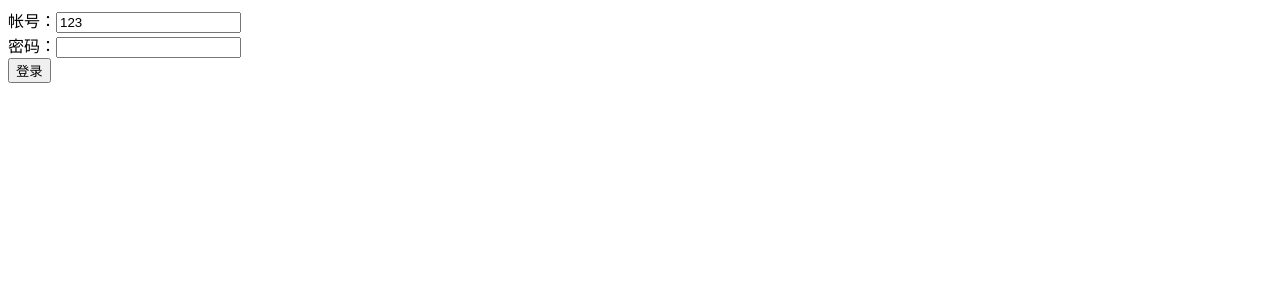
Repository: MuzDing/Muz_Data
Page: http://localhost/javeEe/default.jsp
The author's editor kept a copy of each file at every save. The page is drawn from the files as they stood at one save, then again after the next save.
The browser window is 1280 px wide. The pictures show the whole page.
The page is served by Tomcat 9.

Above is the page before, as saved 2017-09-18 03:01:09.

After the next save:
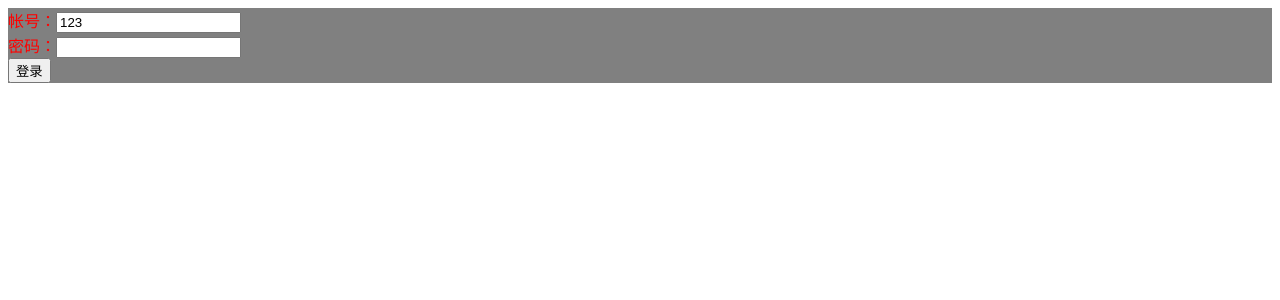
Saved 2 min 13 s later.
--- a/java-workspace/javeEe/WebContent/default.jsp
+++ b/java-workspace/javeEe/WebContent/default.jsp
@@ -24,6 +24,8 @@ $(function() {
 	strUserPWD = $("#txtUserPWD").val;
 	alert(strUserID);
 	alert(strUserPWD);
+
+	$("div").css({color:"red",backgroundColor:"gray"});
 })
 </script>
 </head>
